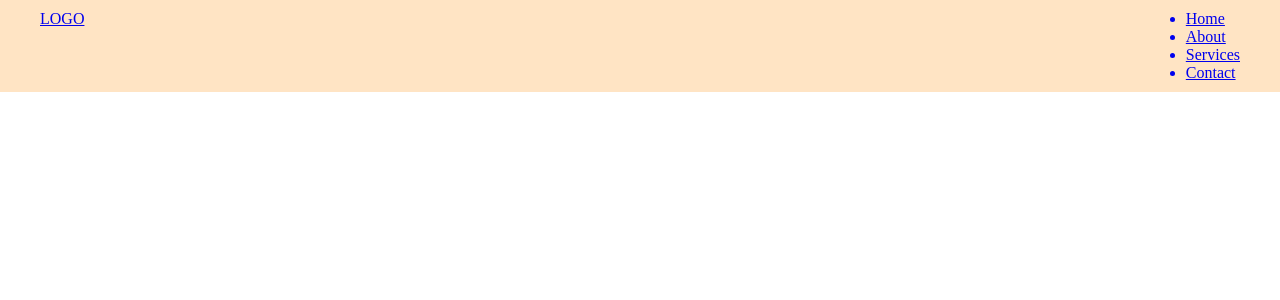
Repository: chanchalsaini/React-WUI
Page: /
These files come from the project's save history. The page is drawn as it stood at one moment and after the next save; the edit follows.
The browser window is 1280 px wide. The pictures show the whole page.
The project was rebuilt for these pictures with package versions that can differ from the ones it lists, and the page was loaded fresh each time.

Above is the page before, as saved 2020-09-21 21:52:06.

### src/index.js
import React from "react";
import ReactDOM from "react-dom";

import App from "./App";
import * as serviceWorker from "./serviceWorker";

ReactDOM.render(
  <React.StrictMode>
    <App />
  </React.StrictMode>,
  document.getElementById("root")
);

serviceWorker.unregister();

### src/App.js
import React, { Fragment } from "react";
import Navbar from "./components/Navbar";
import "./App.css";

function App() {
  return (
    <Fragment>
      <Navbar />
    </Fragment>
  );
}

export default App;

### src/components/Navbar.js
import React from "react";

function Navbar() {
  return (
    <header>
      <a href='/' className='logo'>
        LOGO
      </a>
      <ul className='links'>
        <a href='#'>
          <li className='link'>Home</li>
        </a>
        <a href='#'>
          <li className='link'>About</li>
        </a>
        <a href='#'>
          <li className='link'>Services</li>
        </a>
        <a href='#'>
          <li className='link'>Contact</li>
        </a>
      </ul>
    </header>
  );
}

export default Navbar;

### src/App.css
* {
  margin: 0px;
}
header {
  background-color: bisque;
  display: flex;
  justify-content: space-between;
  padding: 10px 40px;
}

Loaded but not shown: public/index.html (common file); src/serviceWorker.js (common file)

After the next save:
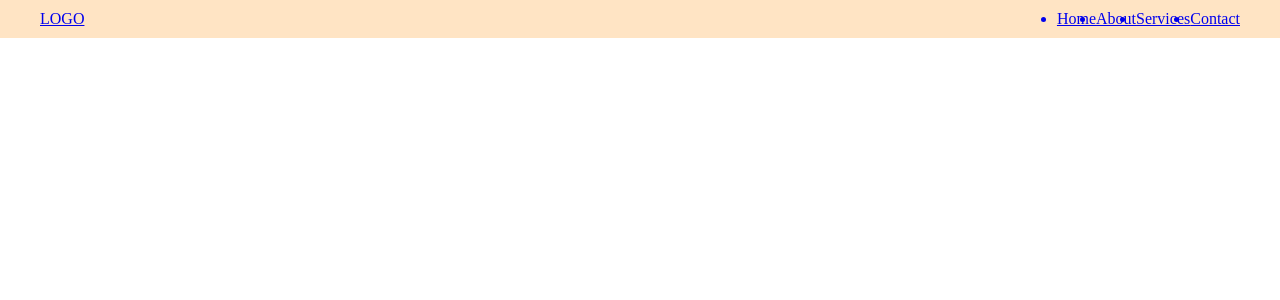
Saved 9 s later.
--- a/src/App.css
+++ b/src/App.css
@@ -7,3 +7,6 @@ header {
   justify-content: space-between;
   padding: 10px 40px;
 }
+.links {
+  display: flex;
+}
